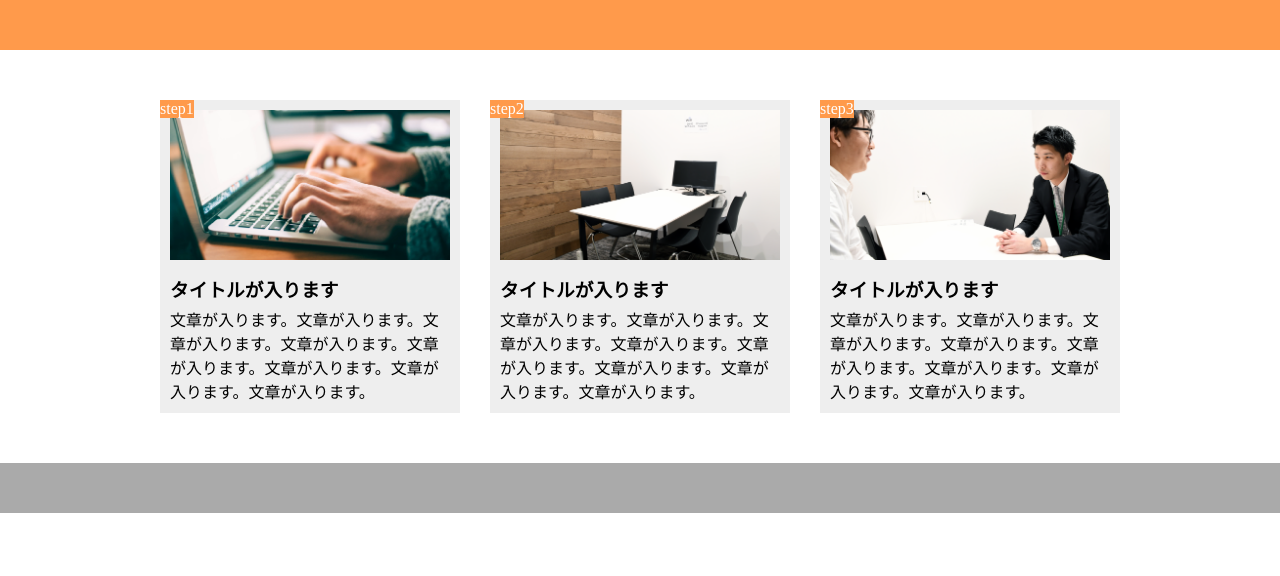
Repository: trmtmy/debug2
Page: chapter9/chapter9.html
The author's editor kept a record of every edit. The page is drawn from the files as they stood at one moment, then again after the next edit.
The browser window is 1280 px wide. The pictures show the whole page.
Some web libraries are served in a nearby version.

Above is the page before.

After the next edit:
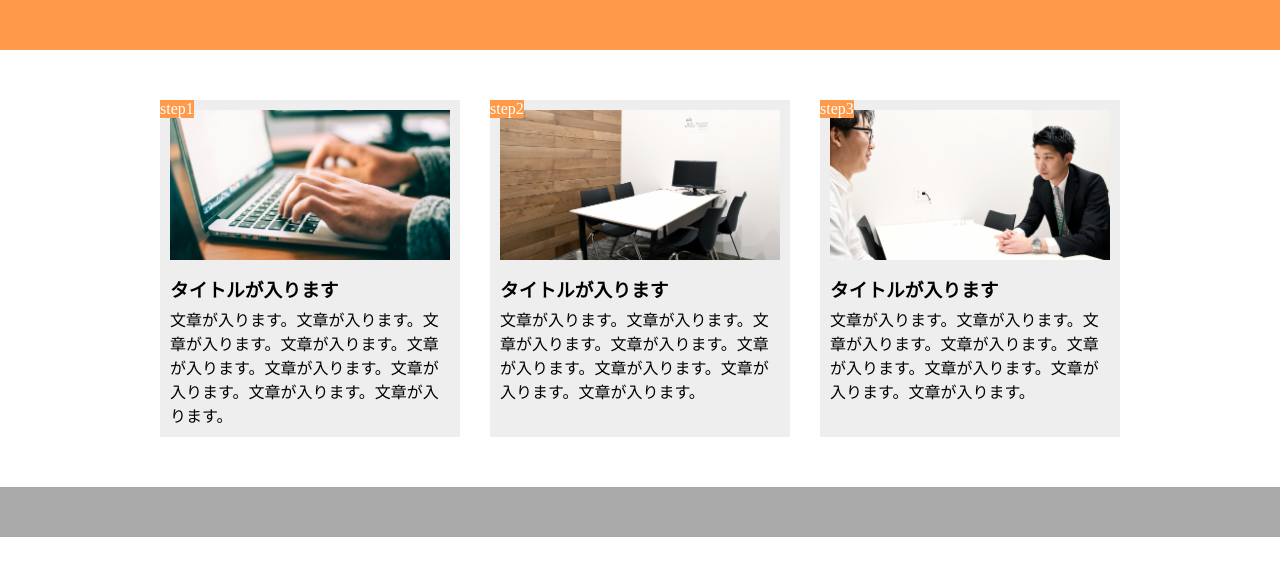
The edit:
--- a/chapter9/chapter9.html
+++ b/chapter9/chapter9.html
@@ -20,7 +20,7 @@
     <div class="img1"></div>
     <span class="step">step1</span>
     <h3 class="title">タイトルが入ります</h3>
-    <p class="text">文章が入ります。文章が入ります。文章が入ります。文章が入ります。文章が入ります。文章が入ります。文章が入ります。文章が入ります。</p>
+    <p class="text">文章が入ります。文章が入ります。文章が入ります。文章が入ります。文章が入ります。文章が入ります。文章が入ります。文章が入ります。文章が入ります。</p>
   </div>
 
   <div class="box">
